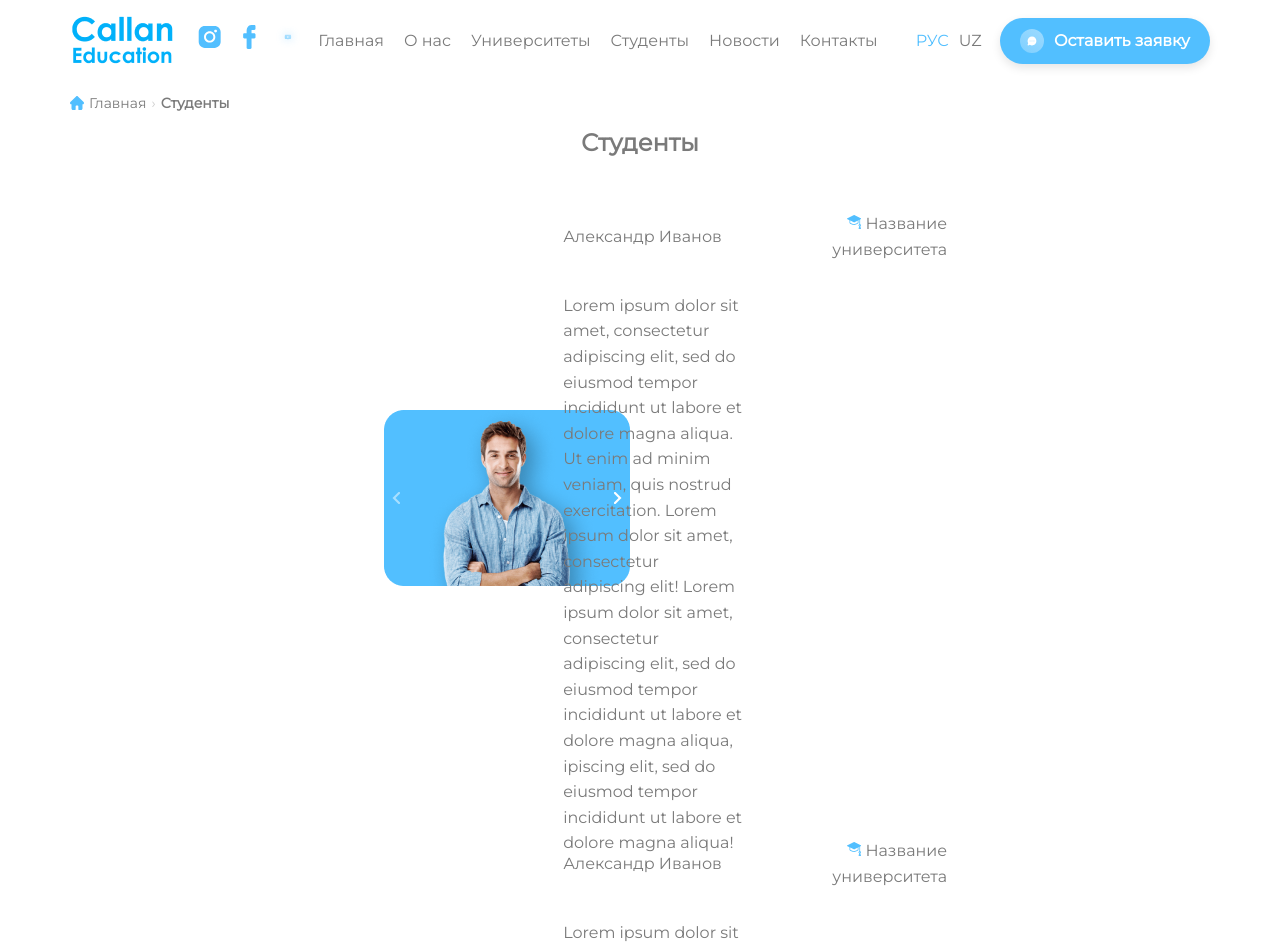
Repository: olyakorzh/Team-project-1
Page: assets/pages/students.html
These files come from the project's save history. The page is drawn as it stood at one moment and after a run of saves; the edit follows.
The browser window is 1280 px wide. The pictures show the part of the page from y = 0 to 952 px (the page is 3230 px tall before and 2667 px after).
A picture or video elsewhere on the page could not be fetched, so the positions and the page height are approximate.

Above is the page before, as saved 2024-12-08 11:42:49.

### assets/pages/students.html
<!DOCTYPE html>
<html lang="ru">
<head>
    <meta charset="UTF-8">
    <meta name="viewport" content="width=device-width, initial-scale=1.0">
    <title>Студенты</title>
    <link rel="stylesheet" href="/assets/styles/students.css" />
</head>
<body>
  <header class="header">
    <div class="header__container">
      <div class="header__logo">
        <img src="../img/main.img/Logo.png" alt="Callan Education" />
      </div>
      <nav class="header__media">
        <ul class="header__media-list">
          <li class="header__media-item">
            <a href="#" class="header__media-link">
              <img
                src="../img/aboutus.img/header_instagramm.svg"
                alt="Instagram"
                class="header__media-icon"
              />
            </a>
          </li>
          <li class="header__media-item">
            <a href="#" class="header__media-link">
              <img
                src="../img/aboutus.img/header_facebook.svg"
                alt="Facebook"
                class="header__media-icon"
              />
            </a>
          </li>
          <li class="header__media-item">
            <a href="#" class="header__media-link">
              <img
                src="../img/aboutus.img/header_youtube.svg"
                alt="YouTube"
                class="header__media-icon"
              />
            </a>
          </li>
        </ul>
      </nav>
      <nav class="header__nav">
        <ul class="menu">
          <li class="menu__item">
            <a href="main.html" class="menu__link">Главная</a>
          </li>
          <li class="menu__item">
            <a href="aboutus.html" class="menu__link">О нас</a>
          </li>
          <li class="menu__item">
            <a href="uni.html" class="menu__link">Университеты</a>
          </li>
          <li class="menu__item">
            <a href="students.html" class="menu__link">Студенты</a>
          </li>
          <li class="menu__item">
            <a href="news.html" class="menu__link">Новости</a>
          </li>
          <li class="menu__item">
            <a href="cont.html" class="menu__link">Контакты</a>
          </li>
        </ul>
      </nav>
      <div class="header__language">
        <ul class="header__language-list">
          <li class="header__language-item header__language-item--active">
            РУС
          </li>
          <li class="header__language-item">UZ</li>
        </ul>
      </div>

      <div class="header__actions">
        <a href="#" class="header__button">
          <span class="header__button-icon">
            <img
              src="../img/aboutus.img/header_message.svg"
              alt="Chat Icon"
            />
          </span>
          Оставить заявку
        </a>
      </div>
    </div>
  </header>
      <main>
        <section class="navigation-path">
          <div class="navigation-path__container">
            <a href="./main.html" class="navigation-path__link">
              <img
                src="../img/aboutus.img/bread_home.svg"
                alt="Home"
                class="navigation-path__icon"
              />
              Главная
            </a>
            <span class="navigation-path__separator">›</span>
            <span class="navigation-path__current">Студенты</span>
          </div>
        </section>
          <h2>Студенты</h2>
          <div class="basic">
          <div class="containerstudent">
          <div class="block_foto"><img src="../img/students.img/photo.png" alt="Фото студента"></div>
          <div class="block1">Александр Иванов</div>
          <div class="block2"><img src="../img/students.img/uni.png" alt="Шапка студента"> Название университета</div
          <div class="block3">Lorem ipsum dolor sit amet, consectetur adipiscing elit, sed do eiusmod tempor incididunt ut labore et dolore magna aliqua. Ut enim ad minim veniam, quis nostrud exercitation. Lorem ipsum dolor sit amet, consectetur adipiscing elit! Lorem ipsum dolor sit amet, consectetur adipiscing elit, sed do eiusmod tempor incididunt ut labore et dolore magna aliqua, ipiscing elit, sed do eiusmod tempor incididunt ut labore et dolore magna aliqua!</div>
         </div>
        </div>
        <div class="basic">
          <div class="containerstudent"><div class="block_foto"><img src="../img/students.img/photo.png" alt="Фото студента"></div>
          <div class="block1">Александр Иванов</div>
          <div class="block2"><img src="../img/students.img/uni.png" alt="Шапка студента"> Название университета</div
          <div class="block3">Lorem ipsum dolor sit amet, consectetur adipiscing elit, sed do eiusmod tempor incididunt ut labore et dolore magna aliqua. Ut enim ad minim veniam, quis nostrud exercitation. Lorem ipsum dolor sit amet, consectetur adipiscing elit! Lorem ipsum dolor sit amet, consectetur adipiscing elit, sed do eiusmod tempor incididunt ut labore et dolore magna aliqua, ipiscing elit, sed do eiusmod tempor incididunt ut labore et dolore magna aliqua!</div>
         </div>
        </div>
        <div class="basic">
          <div class="containerstudent"><div class="block_foto"><img src="../img/students.img/photo.png" alt="Фото студента"></div>
          <div class="block1">Александр Иванов</div>
          <div class="block2"><img src="../img/students.img/uni.png" alt="Шапка студента"> Название университета</div>
          <div class="block3">Lorem ipsum dolor sit amet, consectetur adipiscing elit, sed do eiusmod tempor incididunt ut labore et dolore magna aliqua. Ut enim ad minim veniam, quis nostrud exercitation. Lorem ipsum dolor sit amet, consectetur adipiscing elit! Lorem ipsum dolor sit amet, consectetur adipiscing elit, sed do eiusmod tempor incididunt ut labore et dolore magna aliqua, ipiscing elit, sed do eiusmod tempor incididunt ut labore et dolore magna aliqua!</div>
         </div>
        </div>

        <section class="contact">
          <div class="contact__container">
            <div class="contact__left">
              <img
                src="../img/aboutus.img/contact_girl.svg"
                alt="Девушка"
                class="contact__woman"
              />
              <img
                src="../img/aboutus.img/contact_flag.svg"
                alt="Флаг"
                class="contact__flag"
              />
            </div>
            <div class="contact__right">
              <h2 class="contact__title">Свяжитесь с нами</h2>
              <p class="contact__subtitle">
                Оставьте свои данные и наш специалист обязательно свяжется с Вами в
                течение дня
              </p>

              <form class="contact__form">
                <div class="contact__field">
                  <input
                    type="text"
                    class="contact__input"
                    placeholder="Ваше имя"
                  />
                  <img
                    src="../img/aboutus.img/contact_edit_people.svg"
                    alt="Иконка пользователя"
                    class="contact__icon"
                  />
                </div>
                <div class="contact__field">
                  <input
                    type="tel"
                    class="contact__input"
                    placeholder="Номер телефона"
                  />
                  <img
                    src="../img/aboutus.img/contact_edit_phone.svg"
                    alt="Иконка телефона"
                    class="contact__icon"
                  />
                </div>
                <div class="contact__field">
                  <textarea
                    class="contact__textarea"
                    placeholder="Дополнительные комментарии"
                  ></textarea>
                  <img
                    src="../img/aboutus.img/contact_edit_message.svg"
                    alt="Иконка комментария"
                    class="contact__icon"
                  />
                </div>
                <button class="contact__button">
                  <img
                    src="../img/aboutus.img/contact_telegramm_icon.svg"
                    alt="Иконка отправления"
                  />
                  Отправить
                </button>
              </form>
            </div>
            <img
              src="../img/service.img/pencil.png"
              alt="Карандаш"
              class="contact__pencil"
            />
          </div>
        </section>

        <section class="questions">
          <div class="questions__container">
            <!-- Заголовки -->
            <div class="questions__header">
              <h2 class="questions__title">Остались вопросы?</h2>
              <p class="questions__subtitle">
                Свяжитесь с нами и мы ответим на все ваши вопросы
              </p>
            </div>

            <div class="questions__content">
              <!-- Форма -->
              <div class="questions__form">
                <ul class="questions__info">
                  <li class="questions__item">
                    <img
                      src="../img/service.img/call.png"
                      alt="Иконка"
                      class="questions__icon"
                    />
                    <div class="questions__text">
                      <strong>Телефоны</strong>
                      <p>+998 (99) 878-63-99<br />+998 (99) 878-63-99</p>
                    </div>
                  </li>
                  <li class="questions__item">
                    <img
                      src="../img/service.img/location.png"
                      alt="Иконка"
                      class="questions__icon"
                    />
                    <div class="questions__text">
                      <strong>Адрес</strong>
                      <p>г. Город, ул. Улица, 24 (Офис 24)</p>
                    </div>
                  </li>
                  <li class="questions__item">
                    <img
                      src="../img/service.img/time.png"
                      alt="Иконка"
                      class="questions__icon"
                    />
                    <div class="questions__text">
                      <strong>Время работы</strong>
                      <p>Пн–Пт: 9:00 – 18:00</p>
                    </div>
                  </li>
                </ul>

                <button class="questions__button">
                  <img
                    src="../img/aboutus.img/quest_button_clock.svg"
                    alt="Связаться"
                  />
                  Связаться с нами
                </button>
              </div>
            </div>

            <img
              src="../img/service.img/tree.png"
              alt="Дерево"
              class="questions__tree"
            />
            <img
              src="../img/service.img/bus.png"
              alt="Автобус"
              class="questions__bus"
            />
          </div>
        </section>

        <footer class="footer">
          <div class="footer__container">
            <!-- Первый этаж -->
            <div class="footer__icon">
              <img src="../img/service.img/callan.png" alt="Callan Education" />
            </div>
            <nav class="footer__nav">
              <ul class="footer__menu">
                <li class="footer__menu-item"><a href="main.html">Главная</a></li>
                <li class="footer__menu-item"><a href="aboutus.html">О нас</a></li>
                <li class="footer__menu-item">
                  <a href="services.html">Услуги</a>
                </li>
                <li class="footer__menu-item">
                  <a href="uni.html">Университеты</a>
                </li>
                <li class="footer__menu-item">
                  <a href="students.html">Студенты</a>
                </li>
                <li class="footer__menu-item"><a href="news.html">Новости</a></li>
                <li class="footer__menu-item">
                  <a href="contact.html">Контакты</a>
                </li>
              </ul>
            </nav>
            <div class="footer__social">
              <a href="#" class="footer__social-link">
                <img src="../img/service.img/inst.png" alt="Instagram" />
              </a>
              <a href="#" class="footer__social-link">
                <img src="../img/service.img/fb.png" alt="Facebook" />
              </a>
              <a href="#" class="footer__social-link">
                <img src="../img/service.img/TG.png" alt="Telegram" />
              </a>
            </div>

            <div class="footer__icon">
              <img src="../img/service.img/world.png" alt="WorldWide Education" />
            </div>
            <div class="footer__contacts">
              <div class="footer__contact-item">
                <img
                  src="../img/service.img/call.png"
                  alt="Телефон"
                  class="footer__icon"
                />
                +998 (99) 878-63-99 +998 (99) 878-63-99
              </div>
              <div class="footer__contact-item">
                <img
                  src="../img/service.img/time.png"
                  alt="Часы работы"
                  class="footer__icon"
                />
                Пн–Пт: 9:00 – 18:00
              </div>
              <div class="footer__contact-item">
                <img
                  src="../img/service.img/location.png"
                  alt="Адрес"
                  class="footer__icon"
                />
                <span>
                  <span class="footer__city">г. Город</span>
                  <span class="footer__address">ул. Улица, 24 (Офис 24)</span>
                </span>
              </div>
            </div>
          </div>
        </footer>
        </main>


</body>
</html>

Loaded but not shown: assets/styles/students.css (798 lines, source omitted)

After the next 2 saves:
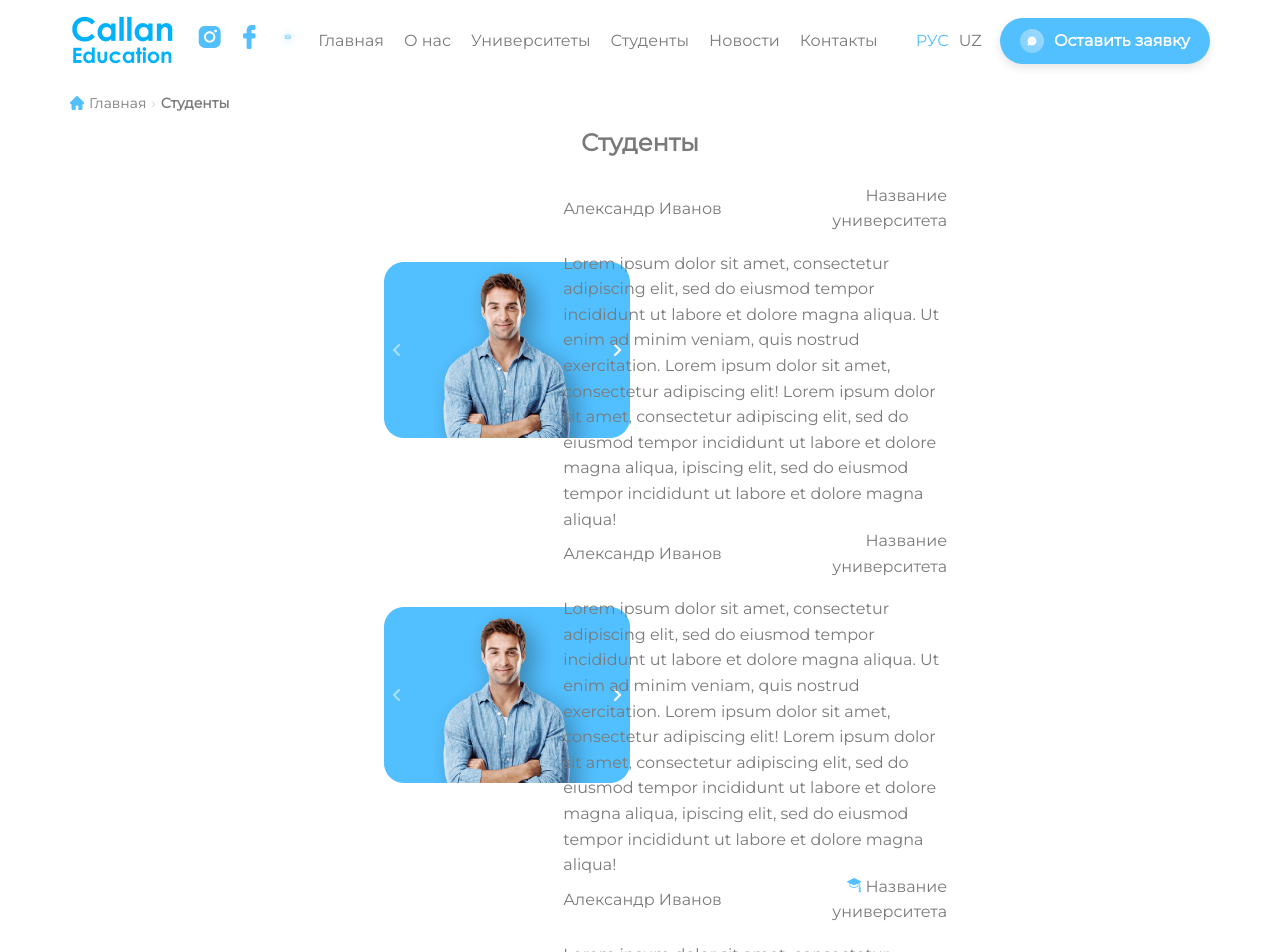
The 2 saves are shown as one change because they came seconds apart.
The last was saved 16 s later.
--- a/assets/pages/students.html
+++ b/assets/pages/students.html
@@ -107,14 +107,14 @@
           <div class="containerstudent">
           <div class="block_foto"><img src="../img/students.img/photo.png" alt="Фото студента"></div>
           <div class="block1">Александр Иванов</div>
-          <div class="block2"><img src="../img/students.img/uni.png" alt="Шапка студента"> Название университета</div
+          <div class="block2">Название университета</div>
           <div class="block3">Lorem ipsum dolor sit amet, consectetur adipiscing elit, sed do eiusmod tempor incididunt ut labore et dolore magna aliqua. Ut enim ad minim veniam, quis nostrud exercitation. Lorem ipsum dolor sit amet, consectetur adipiscing elit! Lorem ipsum dolor sit amet, consectetur adipiscing elit, sed do eiusmod tempor incididunt ut labore et dolore magna aliqua, ipiscing elit, sed do eiusmod tempor incididunt ut labore et dolore magna aliqua!</div>
          </div>
         </div>
         <div class="basic">
           <div class="containerstudent"><div class="block_foto"><img src="../img/students.img/photo.png" alt="Фото студента"></div>
           <div class="block1">Александр Иванов</div>
-          <div class="block2"><img src="../img/students.img/uni.png" alt="Шапка студента"> Название университета</div
+          <div class="block2">Название университета</div>
           <div class="block3">Lorem ipsum dolor sit amet, consectetur adipiscing elit, sed do eiusmod tempor incididunt ut labore et dolore magna aliqua. Ut enim ad minim veniam, quis nostrud exercitation. Lorem ipsum dolor sit amet, consectetur adipiscing elit! Lorem ipsum dolor sit amet, consectetur adipiscing elit, sed do eiusmod tempor incididunt ut labore et dolore magna aliqua, ipiscing elit, sed do eiusmod tempor incididunt ut labore et dolore magna aliqua!</div>
          </div>
         </div>
